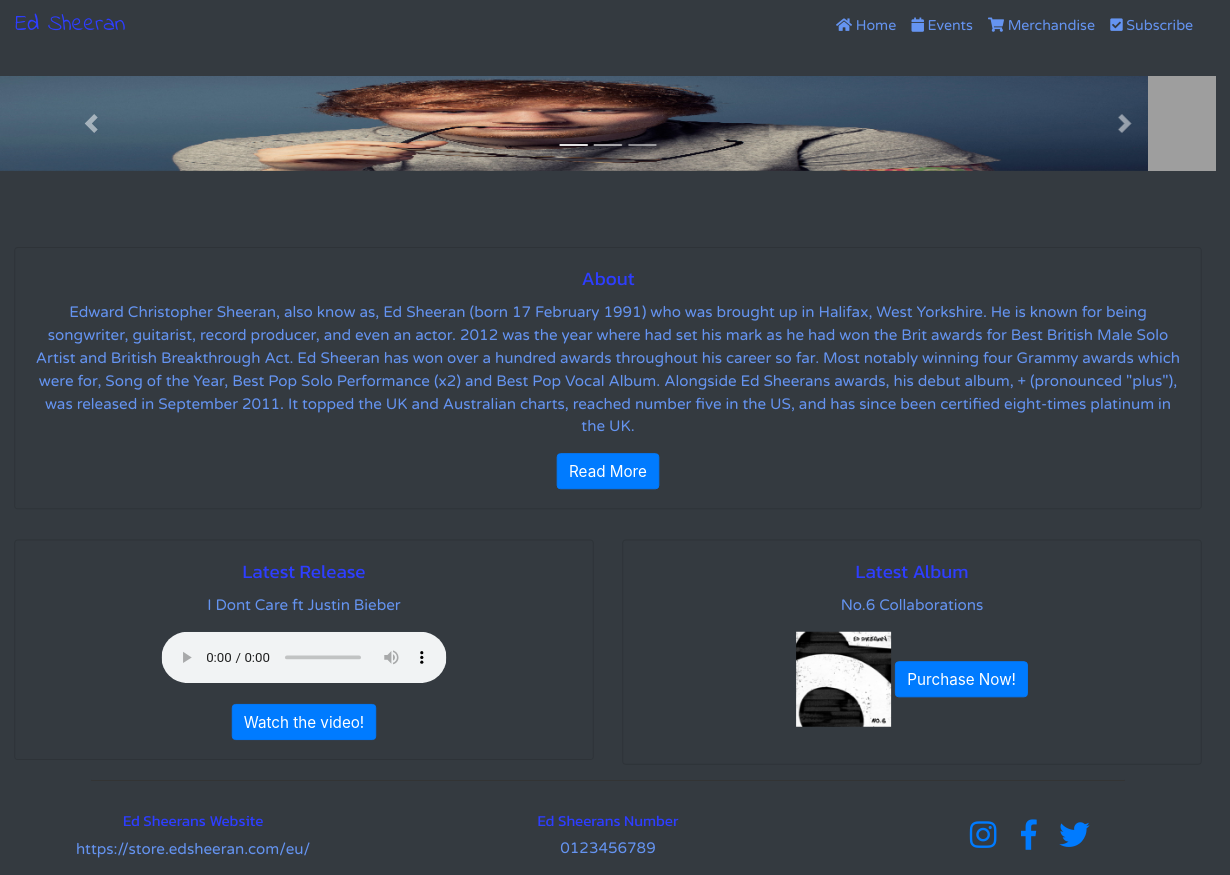
Repository: amit238/milestone-project-1
Page: index.html
The author's editor kept a record of every edit. The page is drawn from the files as they stood at one moment, then again after the next edit.
The browser window is 1280 px wide. The page is 1295 px wide, so the pictures cover 1295 px, including what lies to the right of the window. The pictures show the whole page, at 95% of full size.
Pictures or frames that could not be fetched are drawn as grey boxes. Some web libraries are served in a nearby version.

Above is the page before.

### index.html
<!DOCTYPE html>
<html lang="en">

<head>
  <meta charset="UTF-8">
  <meta name="viewport" content="width=device-width, initial-scale=1.0">
  <meta http-equiv="X-UA-Compatible" content="ie=edge">
  <link rel="stylesheet" href="https://maxcdn.bootstrapcdn.com/bootstrap/4.2.1/css/bootstrap.min.css" type="text/css" />
  <link rel="stylesheet" href="https://use.fontawesome.com/releases/v5.0.10/css/all.css" integrity="sha384-+d0P83n9kaQMCwj8F4RJB66tzIwOKmrdb46+porD/OvrJ+37WqIM7UoBtwHO6Nlg" crossorigin="anonymous">
  <link href="https://fonts.googleapis.com/css?family=Indie+Flower|Kanit|Varela+Round&display=swap" rel="stylesheet">
  <link rel="stylesheet" href="assets/css/style.css">
  <title>Ed Sheeran - User Centric Frontend Project</title>
</head>

<body>
  <nav class="navbar fixed-top navbar-expand-lg navbar-dark bg-dark">
    <a class="edsheeran-brand">Ed Sheeran</a>
    <button type="button" class="navbar-toggler" data-toggle="collapse" data-target="#main-menu" aria-expanded="true">
                <span class="navbar-toggler-icon"></span>
            </button>
    <div id="main-menu" class="navbar-collapse collapse">
      <ul class="navbar-nav ml-auto">
        <li class="nav-item active"><a class="nav-link" href="index.html"><i class="fas fa-home"></i> Home</a></li>
        <li class="nav-item"><a class="nav-link" href="events.html"><i class="fas fa-calendar"></i> Events</a></li>
        <li class="nav-item"><a class="nav-link" href="merchandise.html"><i class="fas fa-shopping-cart"></i> Merchandise</a></li>
        <li class="nav-item"><a class="nav-link" href="subscribe.html"><i class="fas fa-check-square"></i> Subscribe</a></li>
      </ul>
    </div>
  </nav>
  <div id="carouselExampleCaptions" class="carousel slide" data-ride="carousel">
    <ol class="carousel-indicators">
      <li data-target="#carouselExampleCaptions" data-slide-to="0" class="active"></li>
      <li data-target="#carouselExampleCaptions" data-slide-to="1"></li>
      <li data-target="#carouselExampleCaptions" data-slide-to="2"></li>
    </ol>
    <div class="carousel-inner">
      <div class="carousel-item active">
        <img class="d-block w-100" src="assets/images/wallpaper.jpg" height="100em" alt="First Slide">
      </div>
      <div class="carousel-item">
        <img class="d-block w-100" src="assets/images/edsheerancarousel.jpg" height="100em" alt="Second Slide">
      </div>
      <div class="carousel-item">
        <img class="d-block w-100" src="assets/images/edsheeranwall.jpg" height="100em" alt="Third Slide">
      </div>
    </div>
    <a class="carousel-control-prev" href="#carouselExampleCaptions" role="button" data-slide="prev">
    <span class="carousel-control-prev-icon" aria-hidden="true"></span>
    <span class="sr-only">Previous</span>
  </a>
    <a class="carousel-control-next" href="#carouselExampleCaptions" role="button" data-slide="next">
    <span class="carousel-control-next-icon" aria-hidden="true"></span>
    <span class="sr-only">Next</span>
  </a>
  </div>
  <div class="container-fluid">
    <div class="row">
      <div class="col-12">
        <div class="card about-card">
          <div class="card-body">
            <h5 class="card-title">About</h5>
            <p class="card-text">Edward Christopher Sheeran, also know as, Ed Sheeran (born 17 February 1991) who was brought up in Halifax, West Yorkshire. He is known for being songwriter, guitarist, record producer, and even an actor. 2012 was the year where had set his
              mark as he had won the Brit awards for Best British Male Solo Artist and British Breakthrough Act. Ed Sheeran has won over a hundred awards throughout his career so far. Most notably winning four Grammy awards which were for, Song of the
              Year, Best Pop Solo Performance (x2) and Best Pop Vocal Album. Alongside Ed Sheerans awards, his debut album, + (pronounced "plus"), was released in September 2011. It topped the UK and Australian charts, reached number five in the US, and
              has since been certified eight-times platinum in the UK.</p>
            <a href="https://en.wikipedia.org/wiki/Ed_Sheeran" target="_blank" class="btn btn-primary">Read More</a>
          </div>
        </div>
      </div>
    </div>
    <div class="row">
      <div class="col-12 col-md-6">
        <div class="card audio-card">
          <div class="card-body">
            <h5 class="card-title">Latest Release</h5>
            <p class="card-text">I Dont Care ft Justin Bieber</p>
            <p> <audio class="song" controls>
              <source src="assets/music/Ed_Sheeran_I_Dont_Care.mp3" type="audio/mpeg">
          </audio></p>
            <a href="https://www.youtube.com/watch?v=y83x7MgzWOA" target="_blank" class="btn btn-primary">Watch the video!</a>
          </div>
        </div>
      </div>
      <div class="col-12 col-md-6">
        <div class="card album-card">
          <div class="card-body">
            <h5 class="card-title">Latest Album</h5>
            <p class="card-text">No.6 Collaborations</p>
            <img class="Album-img" src="assets/images/No.6-Image.png" alt="Album Cover" height="100" width="100">
            <a href="https://www.amazon.co.uk/No-6-Collaborations-Project-Ed-Sheeran/dp/B07S15WYZV" target="_blank" class="btn btn-primary">Purchase Now!</a>
          </div>
        </div>
      </div>
    </div>
  </div>
  <footer>
    <hr>
    <div class="row">
      <div class="col-sm-4">
        <h6 class=footer-header>Ed Sheerans Website</h6>
        <a href="https://store.edsheeran.com/eu/" target="_blank" class=footer-p>https://store.edsheeran.com/eu/</a>
      </div>
      <div class="col-sm-4">
        <h6 class=footer-header>Ed Sheerans Number</h6>
        <p class=footer-p>0123456789</p>
      </div>
      <div class="col-sm-4">
        <ul class="list-inline social-links">
          <li class="list-inline-item"><a target="_blank" href="https://www.facebook.com"><i></i></a>
          </li>
          <li class="list-inline-item"><a target="_blank" href="https://www.instagram.com/teddysphotos/?hl=en"><i class="fab fa-instagram fa-2x fa-fw"></i></a>
            <li class="list-inline-item"><a target="_blank" href="https://en-gb.facebook.com/EdSheeranMusic"><i class="fab fa-facebook-f fa-2x fa-fw"></i></a>
              <li class="list-inline-item"><a target="_blank" href="https://twitter.com/edsheeran?lang=en"><i class="fab fa-twitter fa-2x fa-fw"></i></a>
              </li>
        </ul>
      </div>
    </div>
  </footer>
  <script src="https://code.jquery.com/jquery-3.3.1.slim.min.js" integrity="sha384-q8i/X+965DzO0rT7abK41JStQIAqVgRVzpbzo5smXKp4YfRvH+8abtTE1Pi6jizo" crossorigin="anonymous"></script>
  <script src="https://cdnjs.cloudflare.com/ajax/libs/popper.js/1.14.6/umd/popper.min.js" integrity="sha384-wHAiFfRlMFy6i5SRaxvfOCifBUQy1xHdJ/yoi7FRNXMRBu5WHdZYu1hA6ZOblgut" crossorigin="anonymous"></script>
  <script src="https://stackpath.bootstrapcdn.com/bootstrap/4.2.1/js/bootstrap.min.js" integrity="sha384-B0UglyR+jN6CkvvICOB2joaf5I4l3gm9GU6Hc1og6Ls7i6U/mkkaduKaBhlAXv9k" crossorigin="anonymous"></script>
</body>

</html>

### assets/css/style.css
body {
    background-color: #343A40;
}


/*--------------------NAVBAR--------------------*/

.navbar.navbar-expand-lg.navbar-dark.bg-dark .edsheeran-brand {
    font-family: 'Indie Flower', cursive;
    color: #2E3EFF;
    font-size: 150%;
}

.navbar.navbar-expand-lg.navbar-dark.bg-dark .nav-link {
    font-family: 'Varela Round', sans-serif;
    color: #6594F1;
    font-size: 15px;
}

/*------------Navbar margin------------*/

.container-fluid {
    margin-top: 3em;
}

.marg {
    margin-top: 1em;
}


/*--------------------INDEX--------------------*/


/*-------------Carousel---------------*/

#carouselExampleCaptions {
    height: 100%;
    width: 100%;
    margin-top: 5em;
}

/*-----------About Section------------*/

.card-title {
    font-family: 'Kanit', sans-serif;
}

.card-text {
    font-family: 'Varela Round', sans-serif;
}

.about-card {
    margin-top: 2em;
    text-align: center;
    color: #2E3EFF;
    background-color: #343A40;
}


.audio-card {
    margin-top: 2em;
    text-align: center;
    color: #2E3EFF;
    background-color: #343A40;
}

.album-card {
    margin-top: 2em;
    text-align: center;
    color: #2E3EFF;
    background-color: #343A40;
    height: 14.8em;
}

.card-text {
    color: #6594F1;
}

/*-------------------------Events-------------------------*/

.hyper-colour {
    color: #6594F1;
}

.events-left {
    font-family: 'Kanit', sans-serif;
    text-align: center;
    margin-left: 5em;
    margin-top: 2em;
    color: #6594F1;
    background-color: #343A40;
    width: 50%;
    opacity: 1;
}


.events-center {
    font-family: 'Varela Round', sans-serif;
    text-align: center;
    margin-top: 1em;
    color: #6594F1;
    background-color: #343A40;
    width: 100%;
}


.events-leeds {
    background-image: url("../../roundhay.png");
    background-repeat: no-repeat;
    opacity: 0.7;
}

.events-leeds:hover {
    opacity: 2;
    transition-duration: 1.5s;
}


.events-london {
    background-image: url("../../wembley.png");
    background-repeat: no-repeat;
    opacity: 0.7;
}

.events-london:hover {
    opacity: 1;
    transition-duration: 1.5s;
}

.events-ipswich {
    background-image: url("../../chantry.png");
    background-repeat: no-repeat;
    opacity: 0.7;
}

.events-ipswich:hover {
    opacity: 1;
    transition-duration: 1.5s;

}

.events-madrid {
    background-image: url("../../wanda.png");
    background-repeat: no-repeat;
    opacity: 0.7;
}

.events-madrid:hover {
    opacity: 1;
    transition-duration: 1.5s;
}


.events-lyon {
    background-image: url("../../lyon.png");
    background-repeat: no-repeat;
    opacity: 0.7;
}

.events-lyon:hover {
    opacity: 1;
    transition-duration: 1.5s;

}

.events-lisbon {
    background-image: url("../../lisbon.png");
    background-repeat: no-repeat;
    opacity: 0.7;
}

.events-lisbon:hover {
    opacity: 1;
    transition-duration: 1.5s;

}


@media only screen and (max-width: 599px) {
    .events-left {
        width: 100%;
        margin-left: 0em;
    }
    .events-center {
        width: 100%;
        margin-top: 1em;
    }
}

@media only screen and (max-width: 375px) {
    h1 {
        font-size: 25px;
    }
    h2 {
        font-size: 25px;
    }
    h3 {
        font-size: 25px;
    }
}

/*----------------------Merchandise-----------------------*/


.best-sellers {
    font-family: 'Kanit', sans-serif;
    text-align: center;
    color: #6594F1;
    font-weight: 600;
    margin: 1em;
}

.latest-release {
    font-family: 'Kanit', sans-serif;
    text-align: center;
    color: #6594F1;
    font-weight: 600;
    margin: 1em;
}

.card-title {
    font-family: 'Kanit', sans-serif;
    color: #2E3EFF;
}

.card-merch {
    font-family: 'Varela Round', sans-serif;
    background-color: #343A40;
    text-align: center;
}

@media only screen and (max-width: 768px) {
    .card-merch {
        margin: 1em;
    }
}


/*---------------------------Subscribe---------------------------*/

.sub-background {
    background-image: url("../../ed-sheeran-singing.jpg");
    background-repeat: no-repeat;
    background-position: top;
    opacity: 0.7;
    height: 55em;
}

.sub-title {
    position: relative;
    top: 15em;
}

.sub-head {
    font-family: 'Kanit', sans-serif;
    text-align: center;
    font-size: 50px;
    background-color: #2E3EFF;
}

.sub-para {
    font-family: 'Varela Round', sans-serif;
    text-align: center;
    font-size: 25px;
    background-color: #6594F1;
}

.form {
    padding-top: 1em;
}

.sub-form {
    position: relative;
    top: 14em;
}

.sub-btn {
    text-align: center;
    padding-top: 1em;
}



.sub-background:hover {
    opacity: 1;
    transition-duration: 2s;
}

@media only screen and (max-width: 769px) {
    .sub-title {
        position: relative;
        top: 5em;
    }

    .sub-form {
        position: relative;
        top: 4em;
    }
}


/*--------------Subscribe - Second Part--------------*/

.sub-card-issue {
    text-align: center;
    background-color: #343A40;
    margin-top: 9em;
}

.blue {
    font-family: 'Kanit', sans-serif;
    color: #2E3EFF;
}

.lg-blue {
    font-family: 'Varela Round', sans-serif;
    color: #6594F1;
}

.sub-card-list {
    position: relative;
    right: 1em;
    text-align: center;
    background-color: #343A40;
    margin-top: 5em;
}

.sub-card-map {
    text-align: center;
    background-color: #343A40;
    margin-top: 1em;
}

.map {
    height: 50vh;
}


@media only screen and (max-width: 1199px) {
    .sub-card-issue {
        margin-top: 1em;
    }
    .sub-card-list {
        margin-top: 1em;
    }
}

/*-------------------------Footer----------------------------*/

footer {
    text-align: center;
}

hr {
    background: #3A3A3A;
    width: 85%;
}

.footer-header {
    font-family: 'Kanit', sans-serif;
    color: #2E3EFF;
    margin-top: 1em;
}

.list-inline {
    margin-top: 1.5em;
}

.footer-p {
    font-family: 'Varela Round', sans-serif;
    color: #6594F1;
}

After the next edit:
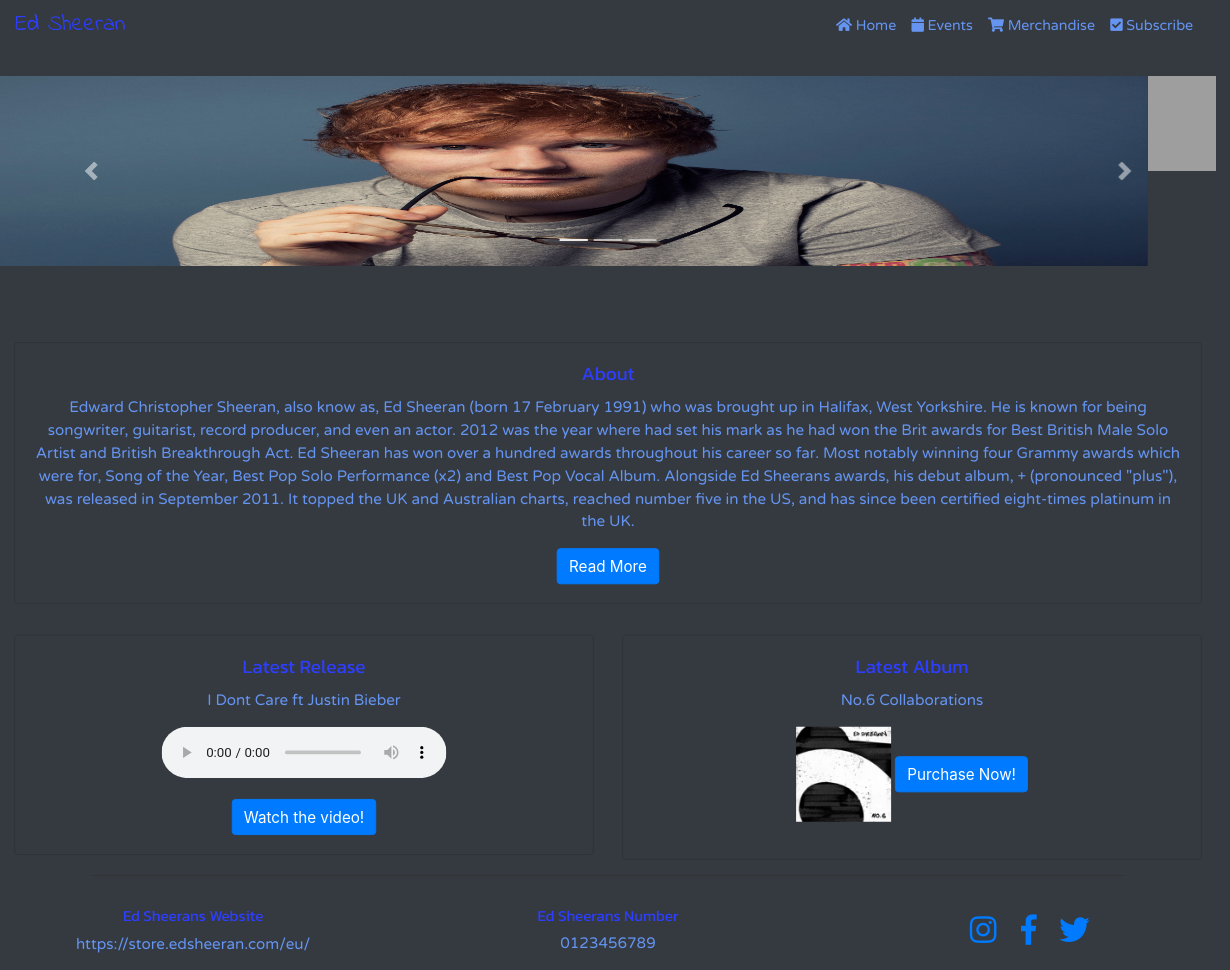
The edit:
--- a/index.html
+++ b/index.html
@@ -35,7 +35,7 @@
     </ol>
     <div class="carousel-inner">
       <div class="carousel-item active">
-        <img class="d-block w-100" src="assets/images/wallpaper.jpg" height="100em" alt="First Slide">
+        <img class="d-block w-100" src="assets/images/wallpaper.jpg" height="200em" alt="First Slide">
       </div>
       <div class="carousel-item">
         <img class="d-block w-100" src="assets/images/edsheerancarousel.jpg" height="100em" alt="Second Slide">
